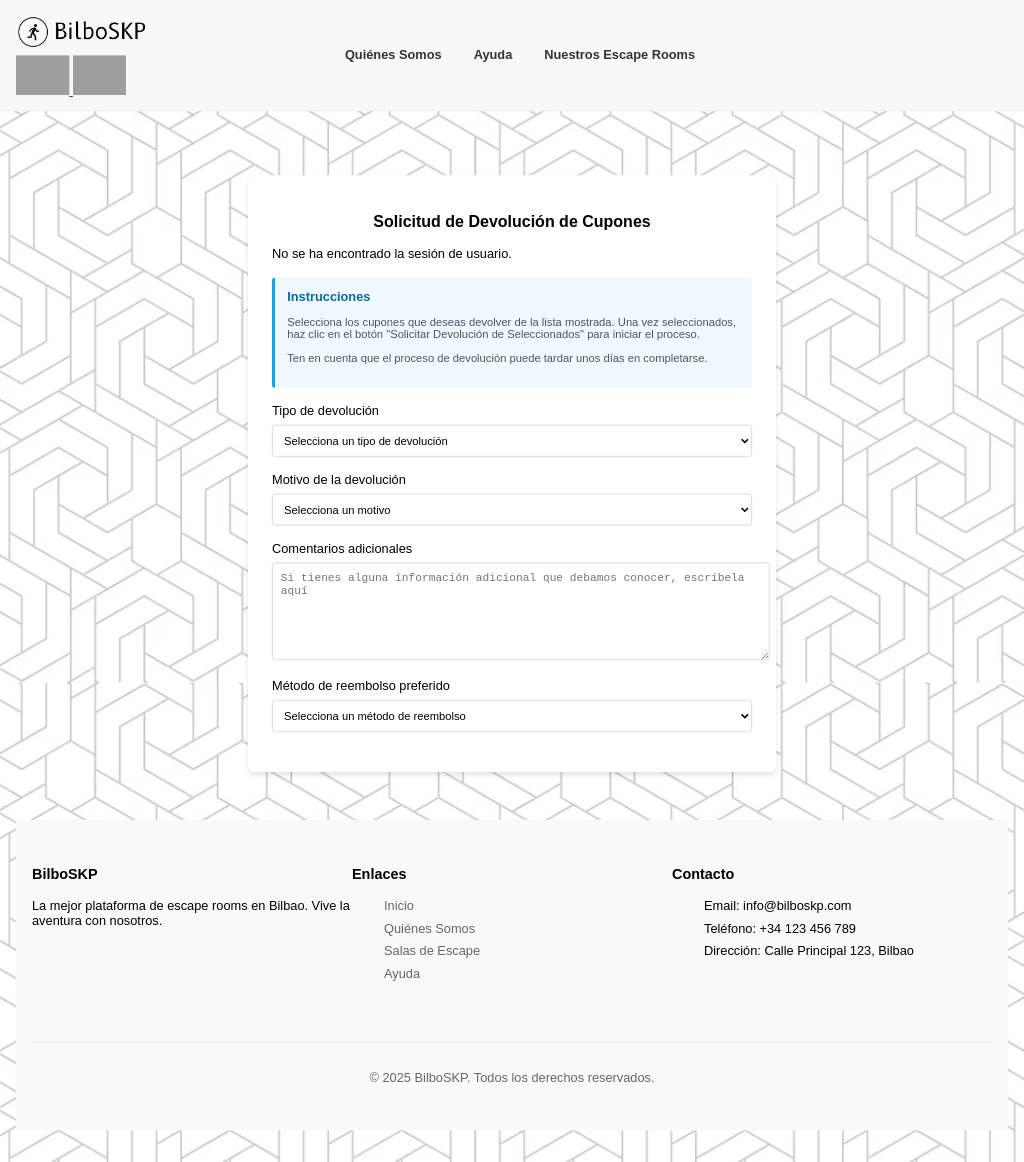
Repository: Andrew1447/Reto3-main
Page: http://localhost/bilboSKP/DevolverCupones.jsp
The author's editor kept a copy of each file at every save. The page is drawn from the files as they stood at one save, then again after the next save.
The browser window is 1280 px wide. The pictures show the whole page, at 80% of full size.
Pictures or frames that could not be fetched are drawn as grey boxes. Backgrounds fixed to the window are drawn as part of the page. Some web fonts or font styles are not loaded; a fallback is used. The page is served by Tomcat 9. Other server files are loaded and not shown. The template is opened directly, without the code that normally fills it, so the values that code supplies are empty.

Above is the page before, as saved 2025-04-27 06:07:12.

### bilboSKP/src/main/webapp/DevolverCupones.jsp
<%@ page language="java" contentType="text/html; charset=ISO-8859-1" pageEncoding="ISO-8859-1"%>
<%@ page import="java.util.List" %>
<%@ page import="java.sql.ResultSet" %>
<%@ page import="java.sql.SQLException" %>
<%@ page import="dao.AccesoBD" %>
<%@ page import="java.sql.Connection" %>
<%@ page import="java.sql.PreparedStatement" %>
<%@ page import="java.text.SimpleDateFormat" %>

<!DOCTYPE html>
<html>
<head>
    <meta charset="UTF-8">
    <meta name="viewport" content="width=device-width, initial-scale=1.0">
    <title>Devolución de Cupones - BilboSKP</title>
    <link rel="stylesheet" href="styles/style.css">
    <link rel="stylesheet" href="styles/Devolver.css">
    <link rel="preconnect" href="https://fonts.googleapis.com">
    <link rel="preconnect" href="https://fonts.gstatic.com" crossorigin>
    <link href="https://fonts.googleapis.com/css2?family=Ubuntu:ital,wght@0,300;0,400;0,500;0,700;1,300;1,400;1,500;1,700&display=swap" rel="stylesheet">
    <link rel="stylesheet" href="https://cdnjs.cloudflare.com/ajax/libs/font-awesome/6.4.0/css/all.min.css">
    <style>
        .coupon-list-container {
            margin-top: 20px;
            border: 1px solid #ccc;
            padding: 15px;
            border-radius: 5px;
            background-color: #f9f9f9;
        }

        .coupon-item {
            margin-bottom: 10px;
            padding: 10px;
            border: 1px solid #eee;
            border-radius: 3px;
            background-color: #fff;
            display: flex;
            justify-content: space-between;
            align-items: center;
        }

        .coupon-info {
            flex-grow: 1;
        }

        .coupon-info span {
            font-weight: bold;
        }

        .select-coupon {
            margin-left: 15px;
        }
    </style>
</head>
<body>
    <header>
        <div class="logo-container">
            <a href="Index.jsp"><img src="img/bilboskp-high-resolution-logo-removebg-preview.png" alt="BilboSKP Logo"></a>
            <div class="language-selector">
                <a href="?lang=es" title="Español">
                    <img src="https://upload.wikimedia.org/wikipedia/commons/thumb/9/9a/Flag_of_Spain.svg/1200px-Flag_of_Spain.svg.png" alt="Bandera de España">
                </a>
                <a href="?lang=en" title="English">
                    <img src="https://upload.wikimedia.org/wikipedia/commons/thumb/8/83/Flag_of_the_United_Kingdom_%283-5%29.svg/1200px-Flag_of_the_United_Kingdom_%283-5%29.svg.png" alt="Bandera del Reino Unido">
                </a>
            </div>
        </div>
        <nav>
            <a href="QuienesSomos.jsp">Quiénes Somos</a>
            <a href="Ayuda.jsp">Ayuda</a>
            <a href="EscapeRooms.jsp">Nuestros Escape Rooms</a>
        </nav>
    </header>

    <main>
        <div class="form-container" id="form-devolucion">
            <h2 class="form-title">Solicitud de Devolución de Cupones</h2>

            <%
                String nombreUsuario = (String) request.getAttribute("nombreSesion");
                if (nombreUsuario != null) {
                    Connection connection = null;
                    PreparedStatement preparedStatement = null;
                    ResultSet resultSet = null;
                    SimpleDateFormat dateFormat = new SimpleDateFormat("yyyy-MM-dd HH:mm:ss");

                    try {
                        connection = AccesoBD.getConnection();
                        String sql = "SELECT cantidad, fecha_compra FROM cupon WHERE usuario = ?";
                        preparedStatement = connection.prepareStatement(sql);
                        preparedStatement.setString(1, nombreUsuario);
                        resultSet = preparedStatement.executeQuery();

                        if (resultSet.isBeforeFirst()) {
                            out.println("<div class='coupon-list-container'>");
                            out.println("<h3>Tus Cupones Disponibles para Devolución:</h3>");
                            out.println("<form id='devolver-cupones-form' action='ProcesarDevolucionServlet' method='post'>");
                            out.println("<input type='hidden' name='usuario' value='" + nombreUsuario + "'>");

                            while (resultSet.next()) {
                                int cantidad = resultSet.getInt("cantidad");
                                java.sql.Timestamp fechaCompra = resultSet.getTimestamp("fecha_compra");
                                String formattedFechaCompra = dateFormat.format(fechaCompra);

                                out.println("<div class='coupon-item'>");
                                out.println("<div class='coupon-info'>");
                                out.println("<span>Cantidad:</span> " + cantidad + "<br>");
                                out.println("<span>Fecha de Compra:</span> " + formattedFechaCompra);
                                out.println("</div>");
                                out.println("<div class='select-coupon'>");
                                out.println("<label><input type='checkbox' name='cuponesSeleccionados' value='" + formattedFechaCompra + "'> Seleccionar</label>");
                                out.println("</div>");
                                out.println("</div>");
                            }
                            out.println("<button type='submit' class='form-submit'>Solicitar Devolución de Seleccionados</button>");
                            out.println("</form>");
                            out.println("</div>");
                        } else {
                            out.println("<p>No tienes cupones disponibles para devolver.</p>");
                        }

                    } catch (SQLException e) {
                        e.printStackTrace();
                        out.println("<p class='error-message'>Error al obtener la lista de cupones.</p>");
                    } finally {
                        AccesoBD.closeConnection(resultSet, preparedStatement, connection);
                    }
                } else {
                    out.println("<p class='error-message'>No se ha encontrado la sesión de usuario.</p>");
                }
            %>

            <div class="info-box">
                <div class="info-title">Instrucciones</div>
                <div class="info-content">
                    <p>Selecciona los cupones que deseas devolver de la lista mostrada. Una vez seleccionados, haz clic en el botón "Solicitar Devolución de Seleccionados" para iniciar el proceso.</p>
                    <p>Ten en cuenta que el proceso de devolución puede tardar unos días en completarse.</p>
                </div>
            </div>

            <div class="form-group">
                <label class="form-label" for="tipo-devolucion">Tipo de devolución</label>
                <select class="form-select" id="tipo-devolucion" required>
                    <option value="" disabled selected>Selecciona un tipo de devolución</option>
                    <option value="estandar">Devolución Estándar (85%)</option>
                    <option value="express">Devolución Express (75%)</option>
                    <option value="credito">Cambio por Crédito (100% + 10%)</option>
                </select>
            </div>

            <div class="form-group">
                <label class="form-label" for="motivo">Motivo de la devolución</label>
                <select class="form-select" id="motivo" required>
                    <option value="" disabled selected>Selecciona un motivo</option>
                    <option value="no-uso">No voy a utilizar los cupones</option>
                    <option value="error">Error en la compra</option>
                    <option value="insatisfaccion">Insatisfacción con el servicio</option>
                    <option value="otro">Otro motivo</option>
                </select>
            </div>

            <div class="form-group">
                <label class="form-label" for="comentarios">Comentarios adicionales</label>
                <textarea class="form-textarea" id="comentarios" placeholder="Si tienes alguna información adicional que debamos conocer, escríbela aquí"></textarea>
            </div>

            <div class="form-group">
                <label class="form-label" for="metodo-reembolso">Método de reembolso preferido</label>
                <select class="form-select" id="metodo-reembolso" required>
                    <option value="" disabled selected>Selecciona un método de reembolso</option>
                    <option value="original">Mismo método de pago original</option>
                    <option value="transferencia">Transferencia bancaria</option>
                    <option value="credito">Crédito en cuenta BilboSKP</option>
                </select>
            </div>

            </div>
        <footer>
            <div class="container">
                <div class="footer-content">
                    <div class="footer-column">
                        <h3>BilboSKP</h3>
                        <p>La mejor plataforma de escape rooms en Bilbao. Vive la aventura con nosotros.</p>
                    </div>
                    <div class="footer-column">
                        <h3>Enlaces</h3>
                        <ul>
                            <li><a href="Index.jsp">Inicio</a></li>
                            <li><a href="QuienesSomos.jsp">Quiénes Somos</a></li>
                            <li><a href="EscapeRooms.jsp">Salas de Escape</a></li>
                            <li><a href="Ayuda.jsp">Ayuda</a></li>
                        </ul>
                    </div>
                    <div class="footer-column">
                        <h3>Contacto</h3>
                        <ul>
                            <li>Email: info@bilboskp.com</li>
                            <li>Teléfono: +34 123 456 789</li>
                            <li>Dirección: Calle Principal 123, Bilbao</li>
                        </ul>
                    </div>
                </div>
                <div class="footer-bottom">
                    <p>&copy; 2025 BilboSKP. Todos los derechos reservados.</p>
                </div>
            </div>
        </footer>
    </main>

    <script>
        // Script para manejar la selección del tipo de devolución (se mantiene igual)
        document.getElementById('tipo-devolucion').addEventListener('change', function() {
            const metodoReembolso = document.getElementById('metodo-reembolso');

            // Resetear opciones
            metodoReembolso.innerHTML = '<option value="" disabled selected>Selecciona un método de reembolso</option>';

            // Añadir opciones según el tipo de devolución
            if (this.value === 'estandar') {
                metodoReembolso.innerHTML += '<option value="original">Mismo método de pago original</option>';
                metodoReembolso.innerHTML += '<option value="transferencia">Transferencia bancaria</option>';
                metodoReembolso.innerHTML += '<option value="credito">Crédito en cuenta BilboSKP</option>';
            } else if (this.value === 'express') {
                metodoReembolso.innerHTML += '<option value="transferencia">Transferencia bancaria</option>';
                metodoReembolso.innerHTML += '<option value="credito">Crédito en cuenta BilboSKP</option>';
            } else if (this.value === 'credito') {
                metodoReembolso.innerHTML += '<option value="credito" selected>Crédito en cuenta BilboSKP</option>';
            }
        });
    </script>
</body>
</html>

### bilboSKP/src/main/webapp/styles/Devolver.css
       main {
      padding: 40px 20px;
    }

    .main-title {
      text-align: center;
      font-size: 28px;
      font-weight: bold;
      margin-bottom: 40px;
    }

    .options-container {
      display: flex;
      justify-content: center;
      gap: 20px;
      flex-wrap: wrap;
      max-width: 1200px;
      margin: 0 auto;
    }

    .option-card {
      background-color: white;
      border-radius: 8px;
      overflow: hidden;
      width: 100%;
      max-width: 350px;
      box-shadow: 0 4px 6px rgba(0, 0, 0, 0.1);
      display: flex;
      flex-direction: column;
    }

    .option-header {
      padding: 20px;
      color: white;
    }

    .option-title {
      font-size: 20px;
      font-weight: bold;
      margin-bottom: 10px;
    }

    .option-subtitle {
      font-size: 14px;
      opacity: 0.9;
    }

    .option-content {
      padding: 20px;
      flex-grow: 1;
      display: flex;
      flex-direction: column;
    }

    .option-highlight {
      font-size: 20px;
      font-weight: bold;
      text-align: center;
      margin: 15px 0;
    }

    .option-details {
      margin-top: 20px;
      flex-grow: 1;
    }

    .detail-row {
      display: flex;
      justify-content: space-between;
      padding: 10px 0;
      border-bottom: 1px solid #eee;
    }

    .detail-label {
      color: #6b7280;
      font-size: 14px;
    }

    .detail-value {
      font-weight: 500;
    }

    .option-button {
      display: block;
      width: 100%;
      padding: 12px;
      background-color: #4338ca;
      color: white;
      border: none;
      border-radius: 4px;
      font-weight: 500;
      cursor: pointer;
      text-align: center;
      text-decoration: none;
      margin-top: 20px;
    }

    .option-button:hover {
      background-color: #3730a3;
    }

    /* Colores específicos para cada opción */
    .option-standard .option-header {
      background-color: #6366f1;
    }

    .option-express .option-header {
      background-color: #4f46e5;
    }

    .option-premium .option-header {
      background-color: #b91c1c;
    }

    /* Estilos para el formulario */
    .form-container {
      max-width: 600px;
      margin: 40px auto;
      background-color: white;
      padding: 30px;
      border-radius: 8px;
      box-shadow: 0 4px 6px rgba(0, 0, 0, 0.1);
    }

    .form-title {
      font-size: 20px;
      font-weight: bold;
      margin-bottom: 20px;
      text-align: center;
    }

    .form-group {
      margin-bottom: 20px;
    }

    .form-label {
      display: block;
      margin-bottom: 8px;
      font-weight: 500;
    }

    .form-input {
      width: 100%;
      padding: 10px;
      border: 1px solid #d1d5db;
      border-radius: 4px;
      font-size: 14px;
    }

    .form-input:focus {
      outline: none;
      border-color: #4f46e5;
      box-shadow: 0 0 0 2px rgba(79, 70, 229, 0.1);
    }

    .form-select {
      width: 100%;
      padding: 10px;
      border: 1px solid #d1d5db;
      border-radius: 4px;
      font-size: 14px;
      background-color: white;
    }

    .form-textarea {
      width: 100%;
      padding: 10px;
      border: 1px solid #d1d5db;
      border-radius: 4px;
      font-size: 14px;
      min-height: 100px;
      resize: vertical;
    }

    .form-submit {
      display: block;
      width: 100%;
      padding: 12px;
      background-color: #4338ca;
      color: white;
      border: none;
      border-radius: 4px;
      font-weight: 500;
      cursor: pointer;
      margin-top: 10px;
    }

    .form-submit:hover {
      background-color: #3730a3;
    }

    .info-box {
      background-color: #f0f9ff;
      border-left: 4px solid #0ea5e9;
      padding: 15px;
      margin: 20px 0;
      border-radius: 4px;
    }

    .info-title {
      font-weight: 600;
      color: #0369a1;
      margin-bottom: 5px;
    }

    .info-content {
      font-size: 14px;
      color: #4b5563;
    }

Loaded but not shown: bilboSKP/src/main/webapp/styles/style.css (398 lines, source omitted)

After the next save:
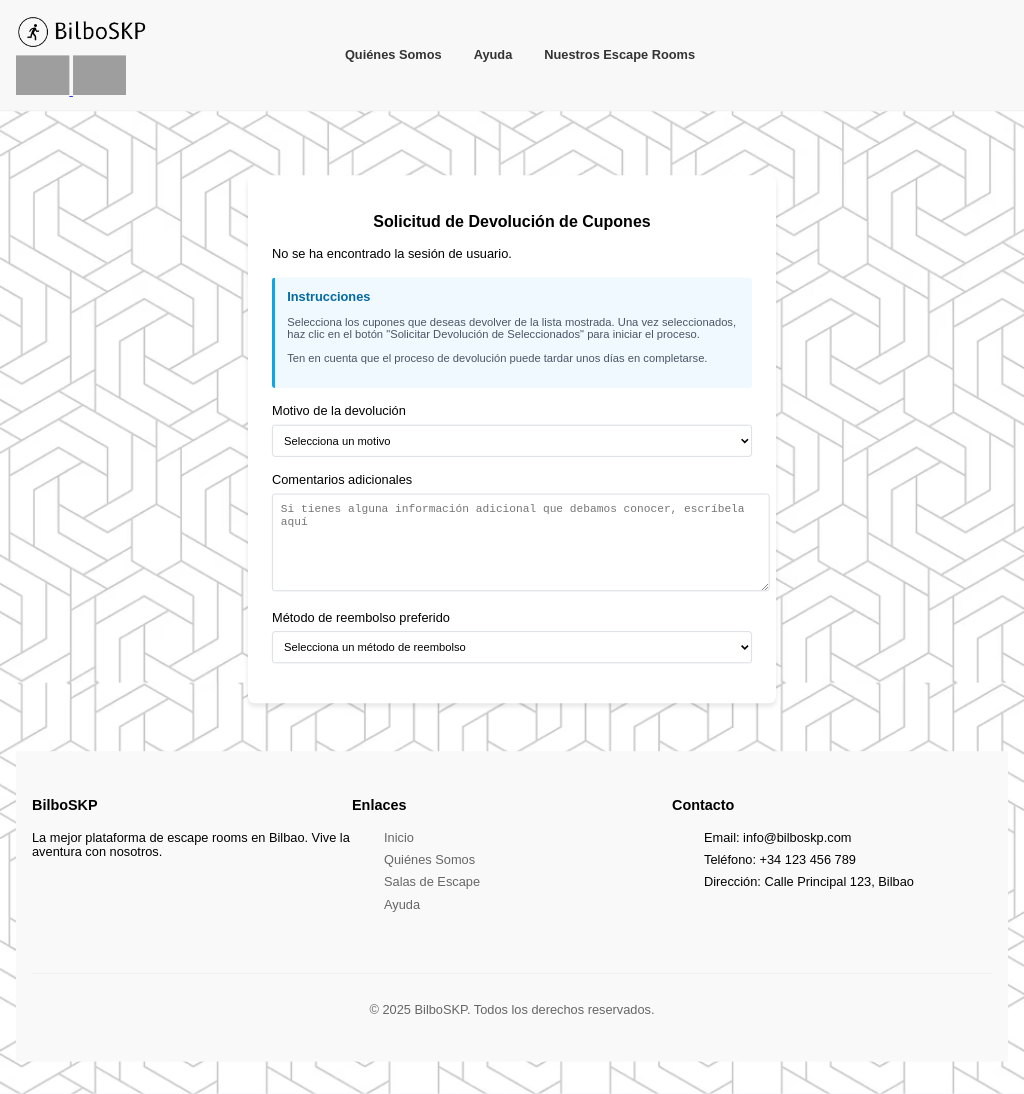
Saved 10 min 39 s later.
--- a/bilboSKP/src/main/webapp/DevolverCupones.jsp
+++ b/bilboSKP/src/main/webapp/DevolverCupones.jsp
@@ -99,18 +99,20 @@
 
                             while (resultSet.next()) {
                                 int cantidad = resultSet.getInt("cantidad");
-                                java.sql.Timestamp fechaCompra = resultSet.getTimestamp("fecha_compra");
-                                String formattedFechaCompra = dateFormat.format(fechaCompra);
-
-                                out.println("<div class='coupon-item'>");
-                                out.println("<div class='coupon-info'>");
-                                out.println("<span>Cantidad:</span> " + cantidad + "<br>");
-                                out.println("<span>Fecha de Compra:</span> " + formattedFechaCompra);
-                                out.println("</div>");
-                                out.println("<div class='select-coupon'>");
-                                out.println("<label><input type='checkbox' name='cuponesSeleccionados' value='" + formattedFechaCompra + "'> Seleccionar</label>");
-                                out.println("</div>");
-                                out.println("</div>");
+                                if (cantidad > 0) { // Solo mostrar cupones con cantidad mayor que 0
+                                    java.sql.Timestamp fechaCompra = resultSet.getTimestamp("fecha_compra");
+                                    String formattedFechaCompra = dateFormat.format(fechaCompra);
+
+                                    out.println("<div class='coupon-item'>");
+                                    out.println("<div class='coupon-info'>");
+                                    out.println("<span>Cantidad:</span> " + cantidad + "<br>");
+                                    out.println("<span>Fecha de Compra:</span> " + formattedFechaCompra);
+                                    out.println("</div>");
+                                    out.println("<div class='select-coupon'>");
+                                    out.println("<label><input type='checkbox' name='cuponesSeleccionados' value='" + formattedFechaCompra + "'> Seleccionar</label>");
+                                    out.println("</div>");
+                                    out.println("</div>");
+                                }
                             }
                             out.println("<button type='submit' class='form-submit'>Solicitar Devolución de Seleccionados</button>");
                             out.println("</form>");
@@ -136,16 +138,6 @@
                     <p>Selecciona los cupones que deseas devolver de la lista mostrada. Una vez seleccionados, haz clic en el botón "Solicitar Devolución de Seleccionados" para iniciar el proceso.</p>
                     <p>Ten en cuenta que el proceso de devolución puede tardar unos días en completarse.</p>
                 </div>
-            </div>
-
-            <div class="form-group">
-                <label class="form-label" for="tipo-devolucion">Tipo de devolución</label>
-                <select class="form-select" id="tipo-devolucion" required>
-                    <option value="" disabled selected>Selecciona un tipo de devolución</option>
-                    <option value="estandar">Devolución Estándar (85%)</option>
-                    <option value="express">Devolución Express (75%)</option>
-                    <option value="credito">Cambio por Crédito (100% + 10%)</option>
-                </select>
             </div>
 
             <div class="form-group">
@@ -206,27 +198,5 @@
             </div>
         </footer>
     </main>
-
-    <script>
-        // Script para manejar la selección del tipo de devolución (se mantiene igual)
-        document.getElementById('tipo-devolucion').addEventListener('change', function() {
-            const metodoReembolso = document.getElementById('metodo-reembolso');
-
-            // Resetear opciones
-            metodoReembolso.innerHTML = '<option value="" disabled selected>Selecciona un método de reembolso</option>';
-
-            // Añadir opciones según el tipo de devolución
-            if (this.value === 'estandar') {
-                metodoReembolso.innerHTML += '<option value="original">Mismo método de pago original</option>';
-                metodoReembolso.innerHTML += '<option value="transferencia">Transferencia bancaria</option>';
-                metodoReembolso.innerHTML += '<option value="credito">Crédito en cuenta BilboSKP</option>';
-            } else if (this.value === 'express') {
-                metodoReembolso.innerHTML += '<option value="transferencia">Transferencia bancaria</option>';
-                metodoReembolso.innerHTML += '<option value="credito">Crédito en cuenta BilboSKP</option>';
-            } else if (this.value === 'credito') {
-                metodoReembolso.innerHTML += '<option value="credito" selected>Crédito en cuenta BilboSKP</option>';
-            }
-        });
-    </script>
 </body>
 </html>
